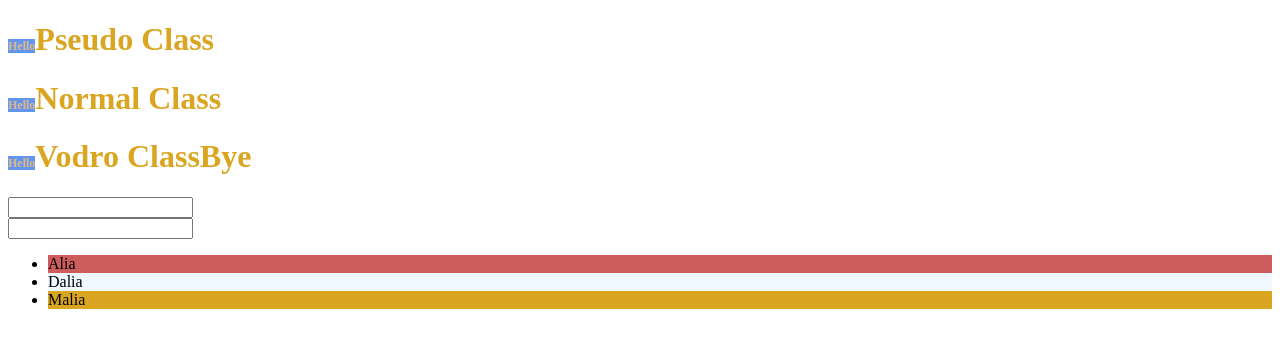
Repository: mohsinfarabi/first-website
Page: pseudo_class.html
An editor plug-in stored every save of this project. The page is shown before and after the next save, followed by the edit.
The browser window is 1280 px wide. The pictures show the whole page.

Above is the page before, as saved 2020-06-29 22:21:01.

After the next save:
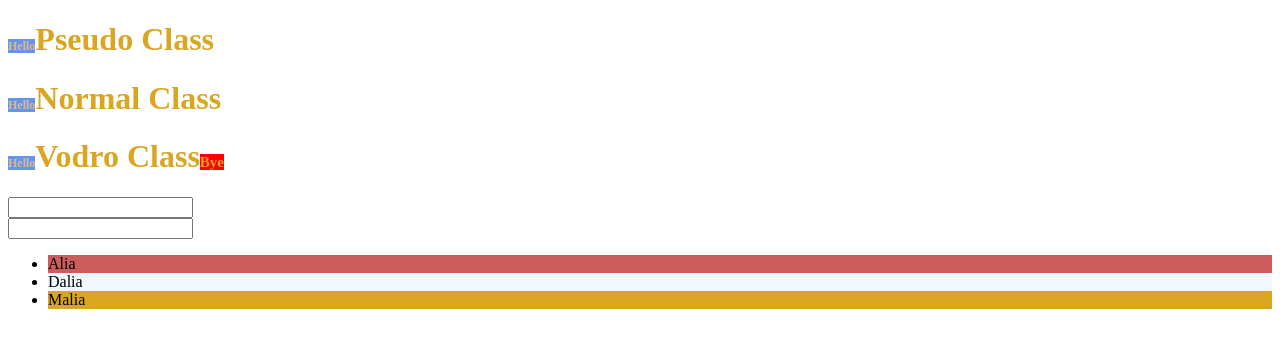
Saved 16 s later.
--- a/pseudo_class.html
+++ b/pseudo_class.html
@@ -43,6 +43,8 @@
 
         .special-effect::after {
             content: "Bye";
+            font-size: 15px;
+            background-color: red;
         }
     </style>
 </head>
